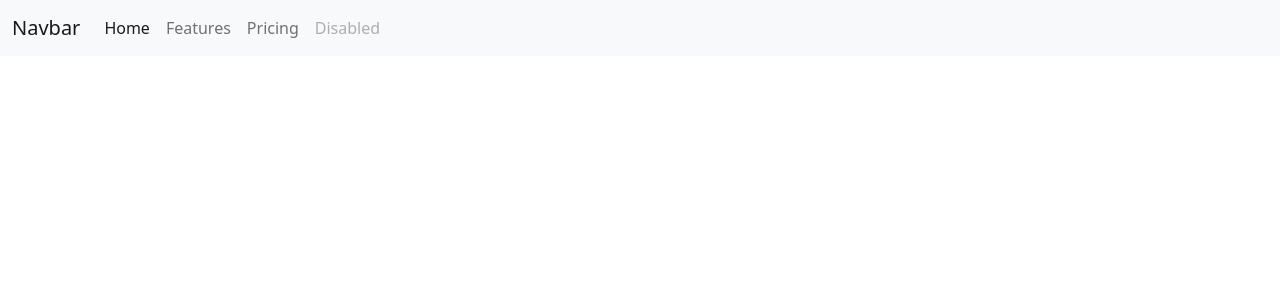
Repository: ypiard85/port-folio-bootstrap-yoann-2021
Page: index.html
These files come from the project's save history. The page is drawn as it stood at one moment and after a run of saves; the edit follows.
The browser window is 1280 px wide. The pictures show the whole page.

Above is the page before, as saved 2021-03-09 12:02:58.

### index.html
<!DOCTYPE html>
<html lang="en">
<head>
    <meta charset="UTF-8">
    <meta http-equiv="X-UA-Compatible" content="IE=edge">
    <meta name="viewport" content="width=device-width, initial-scale=1.0">
    <!-- CSS only -->
    <link rel="stylesheet" href="./resource/style.css">
<link href="https://cdn.jsdelivr.net/npm/bootstrap@5.0.0-beta2/dist/css/bootstrap.min.css" rel="stylesheet" integrity="sha384-BmbxuPwQa2lc/FVzBcNJ7UAyJxM6wuqIj61tLrc4wSX0szH/Ev+nYRRuWlolflfl" crossorigin="anonymous">
    <title>Document</title>
</head>
<body>

        <nav class="navbar navbar-expand-lg navbar-light bg-light">
            <div class="container-fluid">
              <a class="navbar-brand" href="#">Navbar</a>
              <button class="navbar-toggler" type="button" data-bs-toggle="collapse" data-bs-target="#navbarNav" aria-controls="navbarNav" aria-expanded="false" aria-label="Toggle navigation">
                <span class="navbar-toggler-icon"></span>
              </button>
              <div class="collapse navbar-collapse" id="navbarNav">
                <ul class="navbar-nav">
                  <li class="nav-item">
                    <a class="nav-link active" aria-current="page" href="#">Home</a>
                  </li>
                  <li class="nav-item">
                    <a class="nav-link" href="#">Features</a>
                  </li>
                  <li class="nav-item">
                    <a class="nav-link" href="#">Pricing</a>
                  </li>
                  <li class="nav-item">
                    <a class="nav-link disabled" href="#" tabindex="-1" aria-disabled="true">Disabled</a>
                  </li>
                </ul>
              </div>
            </div>
          </nav>


<!-- JavaScript Bundle with Popper -->
<script src="https://cdn.jsdelivr.net/npm/bootstrap@5.0.0-beta2/dist/js/bootstrap.bundle.min.js" integrity="sha384-b5kHyXgcpbZJO/tY9Ul7kGkf1S0CWuKcCD38l8YkeH8z8QjE0GmW1gYU5S9FOnJ0" crossorigin="anonymous"></script>
</body>
</html>

Loaded but not shown: resource/style.css (no stored copy; drawn as an empty file)

After the next 2 saves:
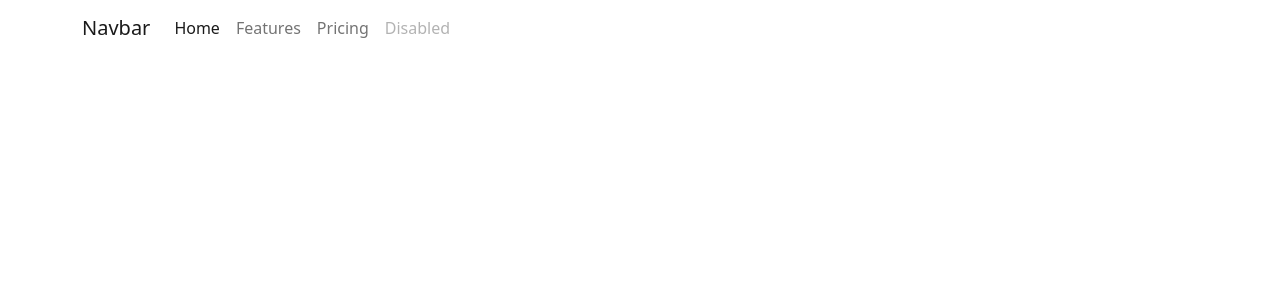
The 2 saves are shown as one change because they came seconds apart.
The last was saved 10 s later.
--- a/index.html
+++ b/index.html
@@ -11,8 +11,8 @@
 </head>
 <body>
 
-        <nav class="navbar navbar-expand-lg navbar-light bg-light">
-            <div class="container-fluid">
+        <nav class="navbar navbar-expand-lg navbar-light">
+            <div class="container">
               <a class="navbar-brand" href="#">Navbar</a>
               <button class="navbar-toggler" type="button" data-bs-toggle="collapse" data-bs-target="#navbarNav" aria-controls="navbarNav" aria-expanded="false" aria-label="Toggle navigation">
                 <span class="navbar-toggler-icon"></span>
